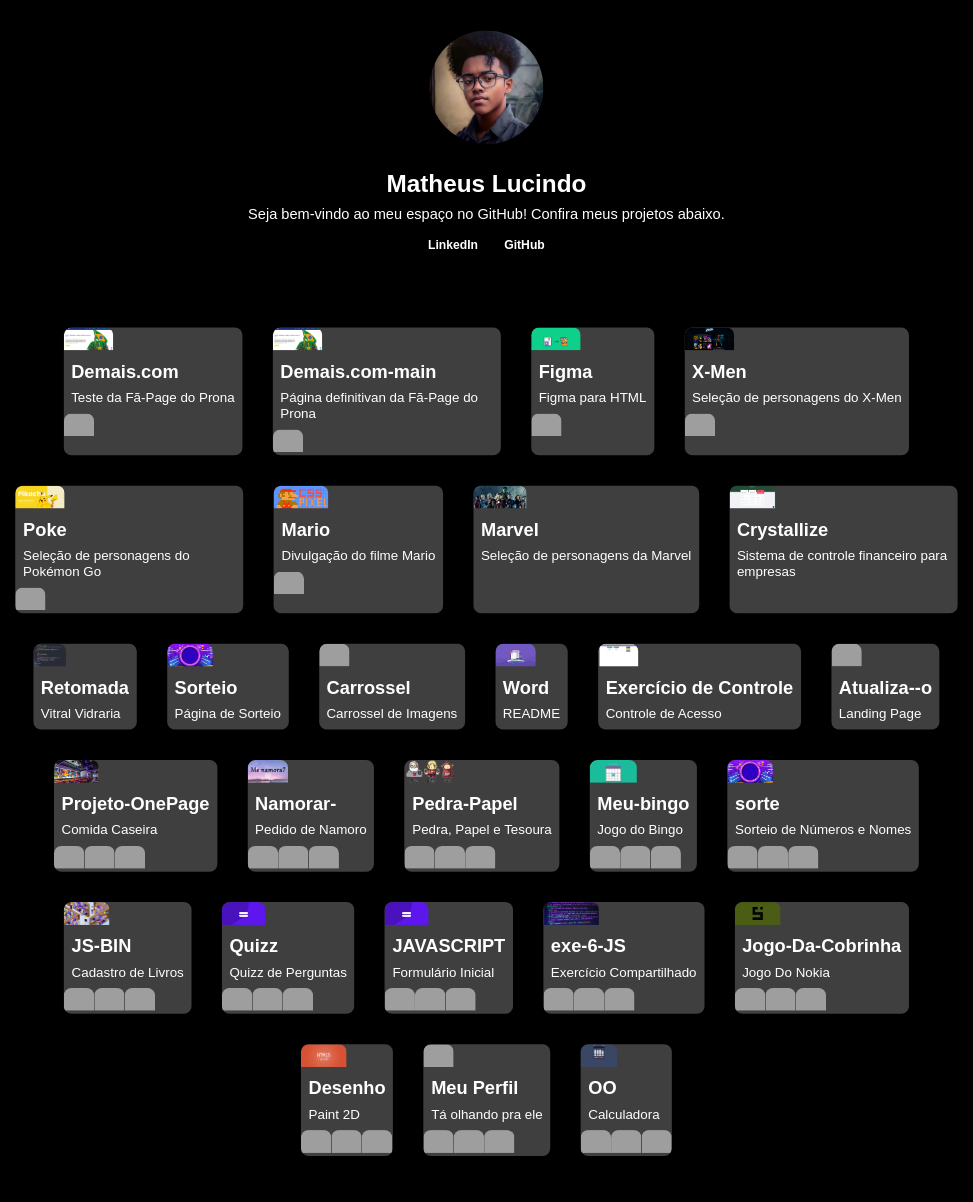
Repository: Matheus904-12/Meu-Perfil
Page: index.html
An editor plug-in stored every save of this project. The page is shown before and after a run of saves, followed by the edit.
The browser window is 1280 px wide. The pictures show the whole page, at 76% of full size.
Pictures or frames that could not be fetched are drawn as grey boxes.

Above is the page before, as saved 2023-09-26 22:04:15.

After the next 2 saves:
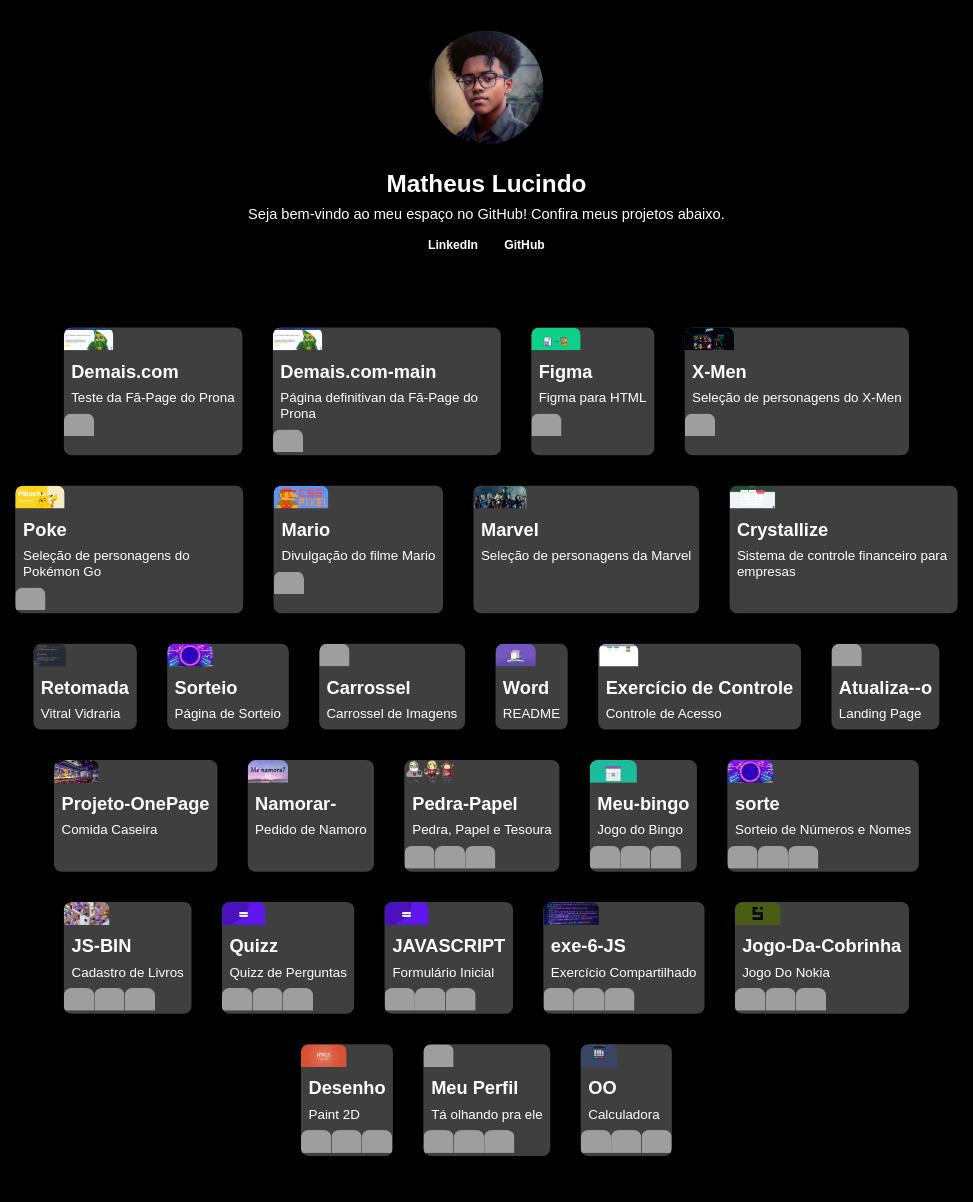
The 2 saves are shown as one change because they came seconds apart.
The last was saved 8 s later.
--- a/script.js
+++ b/script.js
@@ -88,13 +88,13 @@
             name: 'Projeto-OnePage',
             description: 'Comida Caseira',
             coverImage: 'restaurante.jpeg',
-            languages: ['HTML', 'CSS', 'JS']
+            languages: []
         },
         {
             name: 'Namorar-',
             description: 'Pedido de Namoro',
             coverImage: 'namorar.jpg',
-            languages: ['HTML', 'CSS', 'JS']
+            languages: []
         },
         {
             name: 'Pedra-Papel',
